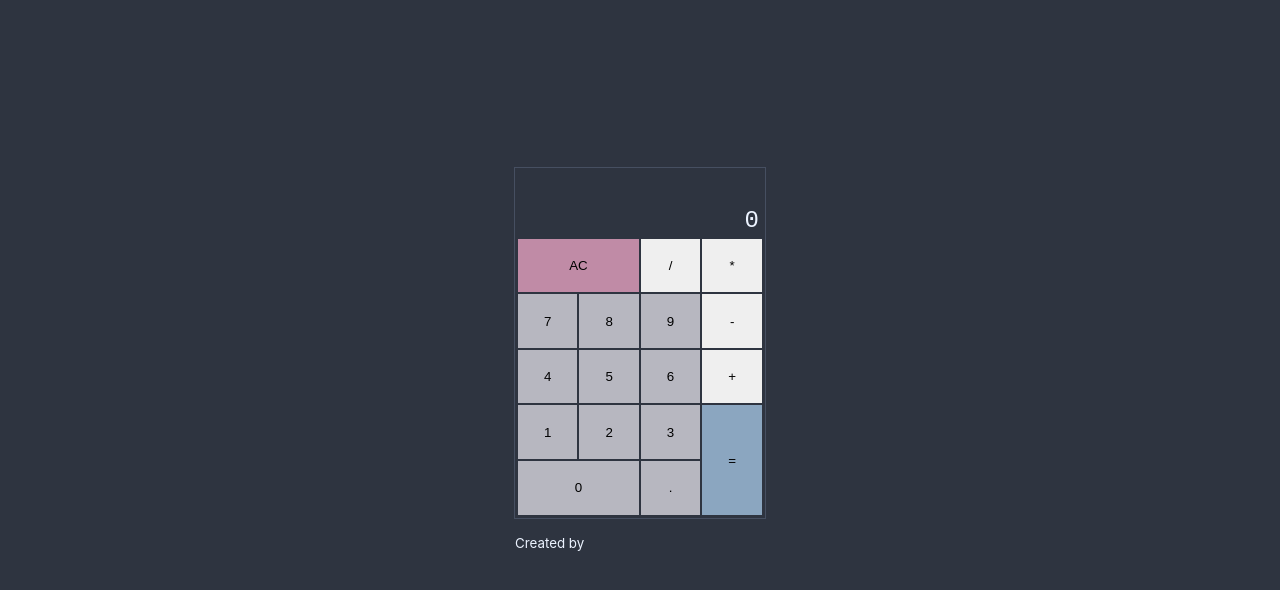
Repository: asing44/FCC
Page: / (app in Front-End-Projects/Calculator/)
The author's editor kept a copy of each file at every save. The page is drawn from the files as they stood at one save, then again after the next save.
The browser window is 1280 px wide. The pictures show the whole page.
The project was rebuilt for these pictures with package versions that can differ from the ones it lists, and the page was loaded fresh each time. Also part of the build but not shown: Front-End-Projects/Calculator/vite.config.js.

Above is the page before, as saved 2025-01-06 17:39:12.

### Front-End-Projects/Calculator/src/main.js
import './assets/main.css'

import { createApp } from 'vue'
import App from './MainApp.vue'

createApp(App).mount('#app')

### Front-End-Projects/Calculator/src/assets/main.css
@import './base.css';

#app {
  height: 100vh;
  display: grid;
  place-content: center;
  font-weight: normal;
}

.u_content-center {
  display: grid;
  place-content: center;
}

main {
  display: grid;
  place-content: center;
}

small {
  margin-top: 1rem;
}

### Front-End-Projects/Calculator/src/MainApp.vue
<script setup>
import Calculator from './CalculatorMain.vue';
</script>

<template>
  <main>
    <Calculator class="calculator"/>
  </main>
  <small>Created by <strong></strong></small>
</template>

### Front-End-Projects/Calculator/src/assets/base.css
:root {
  --Color-background: #2E3440;
  --Color-text: #ECF3FF;
}

*,
*::before,
*::after {
  box-sizing: border-box;
  margin: 0;
  font-weight: normal;
  transition: all 400ms ease;
}

body {
  min-height: 100vh;
  color: var(--Color-text);
  background: var(--Color-background);
  line-height: 1.4;
  font-family:
    Inter,
    -apple-system,
    BlinkMacSystemFont,
    'Segoe UI',
    Roboto,
    Oxygen,
    Ubuntu,
    Cantarell,
    'Fira Sans',
    'Droid Sans',
    'Helvetica Neue',
    sans-serif;
  font-size: 16px;
  text-rendering: optimizeLegibility;
  -webkit-font-smoothing: antialiased;
  -moz-osx-font-smoothing: grayscale;
}

### Front-End-Projects/Calculator/src/CalculatorMain.vue
<script setup>
import { ref } from 'vue';
import { create, all } from 'mathjs'

const config = {}
const math = create(all, config)

const displayUpper = ref("");
const displayLower = ref("0");

const calculated = ref("");


function reset() {
    displayLower.value = "0";
    displayUpper.value = ""
    calculated.value = "";
}

let initDisplay = function() {
    let toggler = false;
    if (!toggler) {
        toggler = true;
        displayLower.value = ""
    }
};

function clickHandler(event) {
    console.log(displayUpper.value, displayLower.value)
    displayLower.value = "0";
    initDisplay();
    if (calculated.value.length > 0) {
        displayUpper.value = calculated.value;
        if (event.target.id == "decimal" && displayUpper.value.toString().match(/\./g).length >= 1) {
            console.log("No!", displayUpper.value)
        }
    }
    if (displayUpper.value + event.target.innerText != 0) {
        displayUpper.value = displayUpper.value + event.target.innerText
        event.target.classList.contains('btnDigit') ? appendInput(event) : null
        event.target.classList.contains('btnAction--AC') ? reset() : null
    } if (event.target.innerText.match(/[./+=-]/g)) {
        displayLower.value = event.target.innerText;
    }
    else {
        null
    }
}

function appendInput(event) {
    displayLower.value += event.target.innerText;
}
// Calculates top row
function calculate() {
    let originalString = displayUpper.value;

    let operandCount = 0;
    let numberCount = 0;

    // 1. Split original string
    let splitString = displayUpper.value.split('');
    /*  2 Find if string contains: )
        a. only one or more operand -> return "NAN"
        b. only one or more number -> return number
        c. one or more operand but only one number -> return number
        d. Starts with an operand and is longer than 1? -> remove front operand
    */

    splitString.forEach(item => {
        item.match(/\D/) ? operandCount++ : "";
        item.match(/\d/) ? numberCount++ : "";
    })

    // Testing for base cases
    if ((originalString.length == operandCount) && numberCount == 0) {
        displayLower.value = "NAN";
    } if (originalString.length == numberCount) {
        console.log("One number")
    } if ((operandCount == originalString.length - 1) && numberCount == 1) {
        console.log("Case: one or more operand but only one number")
    } if (originalString.match(/^\D/) && originalString.length > 1) {
        console.log(splitString.slice(1).join(""))
    } if(originalString.match(/\.{2}/)) {
        console.log()
    }

    displayLower.value = math.evaluate(displayUpper.value).toPrecision(4);
    displayUpper.value = displayUpper.value + "=" + math.evaluate(displayUpper.value).toPrecision(4);
    calculated.value = math.evaluate(displayUpper.value).toPrecision(4);
}

</script>

<template>
    <div class="calculator">
        <div id="display" class="display">
            <div class="display__upper">
                {{ displayUpper }}
            </div>
            <div class="display__inner">
                {{ displayLower }}
            </div>
        </div>
        <button id="clear" class="btnAction btnAction--AC" @click="clickHandler">AC</button>
        <button id="divide" class="btnAction btnAction--divide" @click="clickHandler">/</button>
        <button id="multiply" class="btnAction btnAction--multiply" @click="clickHandler">*</button>
        <button id="subtract" class="btnAction btnAction--minus" @click="clickHandler">-</button>
        <button id="add" class="btnAction btnAction--plus" @click="clickHandler">+</button>
        <button id="equals" class="btnAction btnAction--enter" @click="calculate">=</button>
        <button id="decimal" class="btnDigit btnDigit--dot" @click="clickHandler">.</button>
        <button id="0" class="btnDigit btnDigit--0" @click="clickHandler">0</button>
        <button id="1" class="btnDigit btnDigit--1" @click="clickHandler">1</button>
        <button id="2" class="btnDigit btnDigit--2" @click="clickHandler">2</button>
        <button id="3" class="btnDigit btnDigit--3" @click="clickHandler">3</button>
        <button id="4" class="btnDigit btnDigit--4" @click="clickHandler">4</button>
        <button id="5" class="btnDigit btnDigit--5" @click="clickHandler">5</button>
        <button id="6" class="btnDigit btnDigit--6" @click="clickHandler">6</button>
        <button id="7" class="btnDigit btnDigit--7" @click="clickHandler">7</button>
        <button id="8" class="btnDigit btnDigit--8" @click="clickHandler">8</button>
        <button id="9" class="btnDigit btnDigit--9" @click="clickHandler">9</button>
    </div>
</template>

<style scoped>

    .calculator {
        display: grid;
        height: clamp(350px, 45vh, 800px);
        width: clamp(200px, 35vw, 250px);
        outline: 1px solid #464F61;
        border: 2px solid #2E3440;
        background-color: #C2C2D7;
        grid-template-rows: repeat(6, 1fr);
        grid-template-areas:
            "display display display display""AC AC divide multiply""seven eight nine minus""four five six plus""one two three enter""zero zero decimal enter";
    }

    .btnAction, .btnDigit {
        height: auto;
        border: 1px solid #2E3440;
    }

    /* --------------------------------- Display -------------------------------- */

    .display {
        grid-area: display;
        min-height: 4.25rem;
        background-color: #2E3440;
    }

    .display__inner, .display__upper {
        display: flex;
        height: 50%;
        justify-content: end;
        align-items: center;
        padding: 4px;
        font-family: monospace;
        font-size: 1.5rem;
    }

    .display__upper {
        color: #E9DAAA;
        font-size: 1.25rem;
    }

/* -------------------------------------------------------------------------- */
/*                                   Buttons                                  */
/* -------------------------------------------------------------------------- */

button {
    cursor: pointer;
}

.btnDigit {
    background-color: #b7b7c0;
}

.btnDigit:hover {
    background-color: #a3a3ac;
}

.btnAction--AC {
    background-color: #C08BA6;
}

.btnAction--AC:hover {
    background-color: #a2748c;
}

.btnAction--enter {
    background-color: #8BA6C0;
}

.btnAction--enter:hover {
    background-color: #7a92a9;
}

/* ---------------------------------- Areas --------------------------------- */

    .btnAction--AC {
        grid-area: AC;
    }

    .btnAction--divide {
        grid-area: divide;
    }

    .btnAction--multiply {
        grid-area: multiply;
    }

    .btnAction--minus {
        grid-area: minus;
    }

    .btnAction--plus {
        grid-area: plus;
    }

    .btnAction--enter {
        grid-area: enter;
    }

    .btnDigit--7 {
        grid-area: seven;
    }

    .btnDigit--8 {
        grid-area: eight;
    }

    .btnDigit--9 {
        grid-area: nine;
    }

    .btnDigit--6 {
        grid-area: six;
    }

    .btnDigit--5 {
        grid-area: five;
    }

    .btnDigit--4 {
        grid-area: four;
    }

    .btnDigit--3 {
        grid-area: three;
    }

    .btnDigit--2 {
        grid-area: two;
    }

    .btnDigit--1 {
        grid-area: one;
    }

    .btnDigit--0 {
        grid-area: zero;
    }

    .btnDigit--dot {
        grid-area: decimal;
    }

</style>

Loaded but not shown: Front-End-Projects/Calculator/index.html (common file)

After the next save:
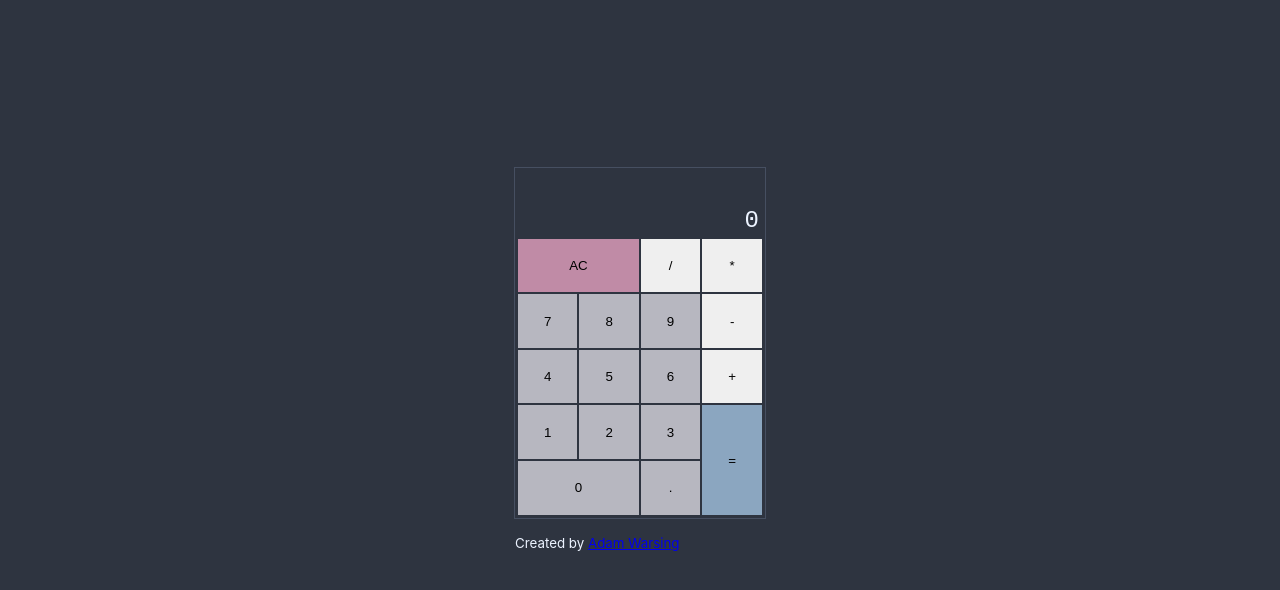
Saved 2 min 49 s later.
--- a/Front-End-Projects/Calculator/src/MainApp.vue
+++ b/Front-End-Projects/Calculator/src/MainApp.vue
@@ -4,7 +4,7 @@ import Calculator from './CalculatorMain.vue';
 
 <template>
   <main>
-    <Calculator class="calculator"/>
+    <Calculator class="calculator" />
   </main>
-  <small>Created by <strong></strong></small>
+  <small>Created by <strong><a href="https://github.com/asing44">Adam Warsing</a></strong></small>
 </template>
